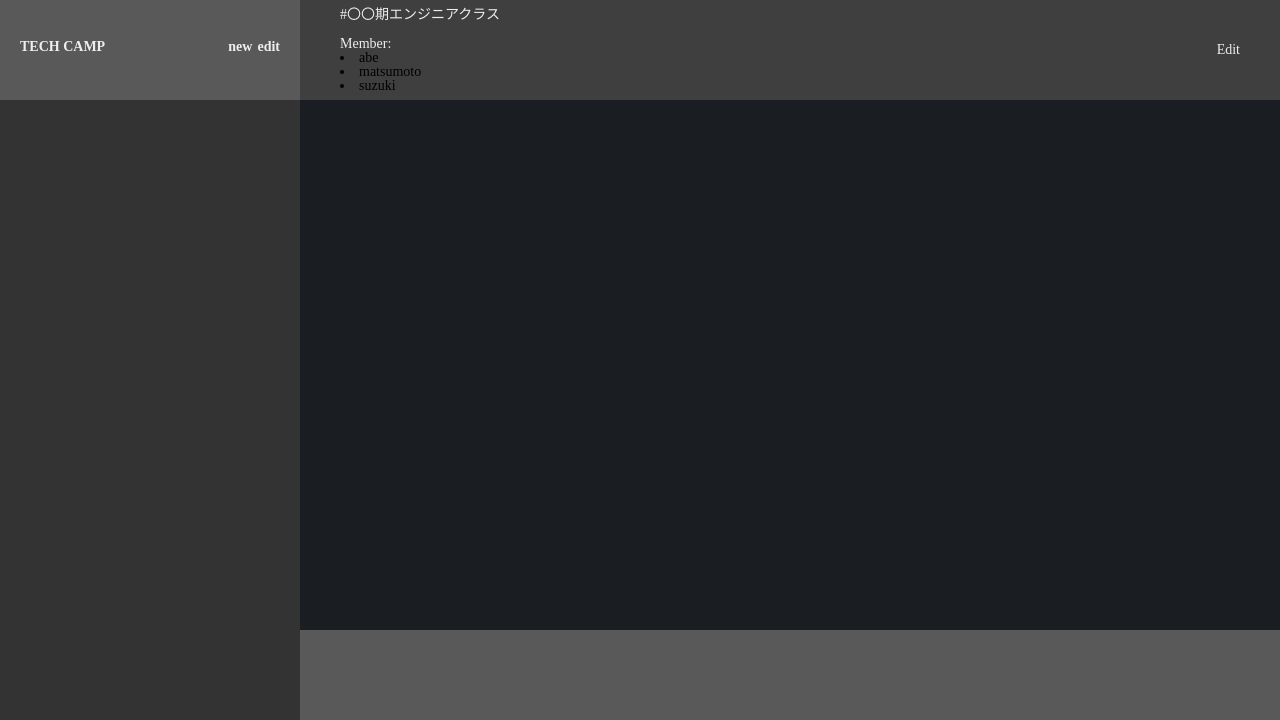
Repository: m-mao/firsa_app
Page: html_css/chat-app/index.html
The author's editor kept a record of every edit. The page is drawn from the files as they stood at one moment, then again after the next edit.
The browser window is 1280 px wide. The pictures show the whole page.

Above is the page before.

After the next edit:
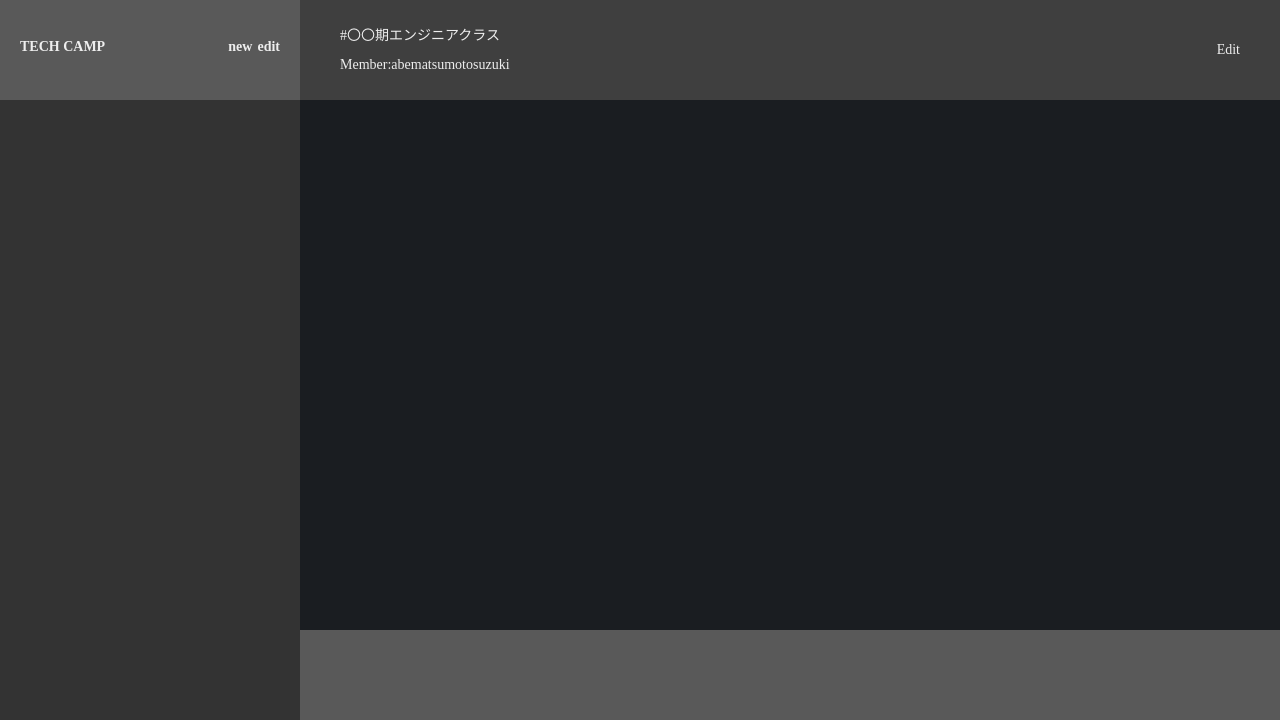
The edit:
--- a/html_css/chat-app/index.html
+++ b/html_css/chat-app/index.html
@@ -25,7 +25,7 @@
             <div class="main-header">
                 <div class="header-leftbox">
                     <h2 class="current-group">#〇〇期エンジニアクラス</h2>
-                    <ul class="member-list">Member:</ul>
+                    <ul class="member-list">Member:
                         <li>abe</li>
                         <li>matsumoto</li>
                         <li>suzuki</li>
